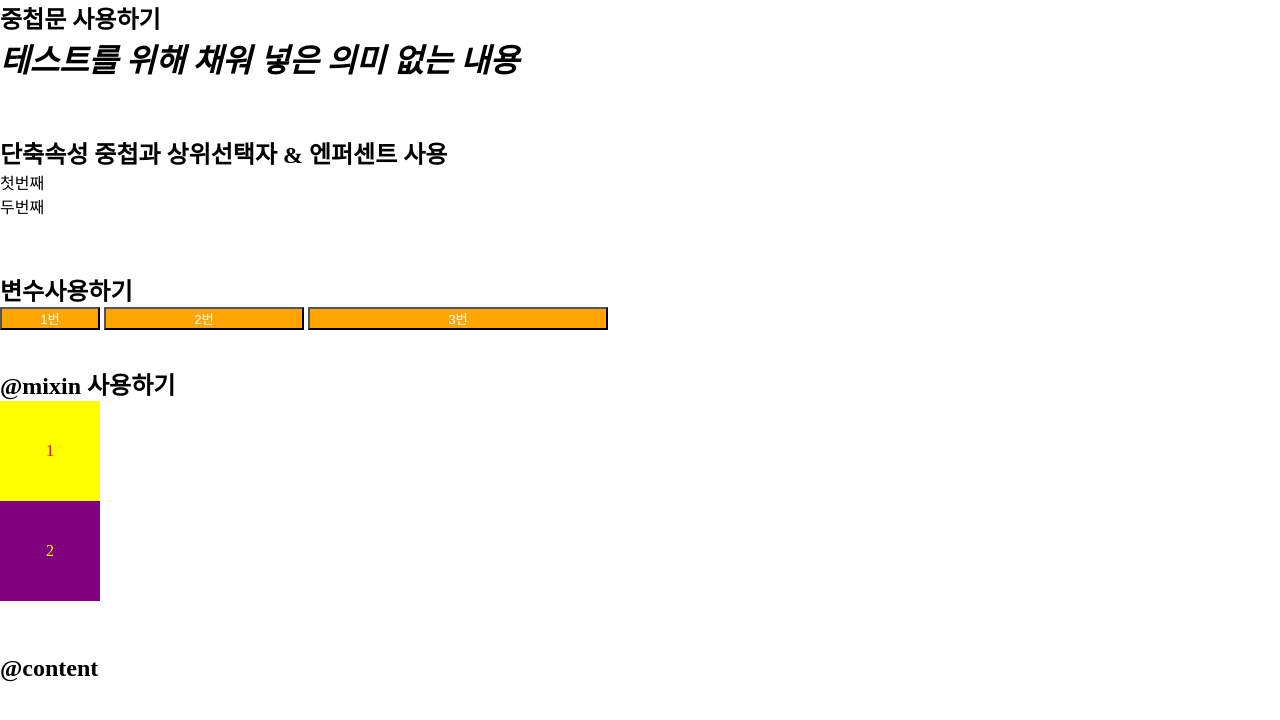
Repository: Axing00/SCSS
Page: test/index.html
These files come from the project's save history. The page is drawn as it stood at one moment and after the next save; the edit follows.
The browser window is 1280 px wide. The pictures show the whole page.
The style sheet was rebuilt from its Sass, Less or Tailwind sources for each picture, by a compiler version that may differ from the author's.

Above is the page before, as saved 2023-03-20 16:10:44.

After the next save:
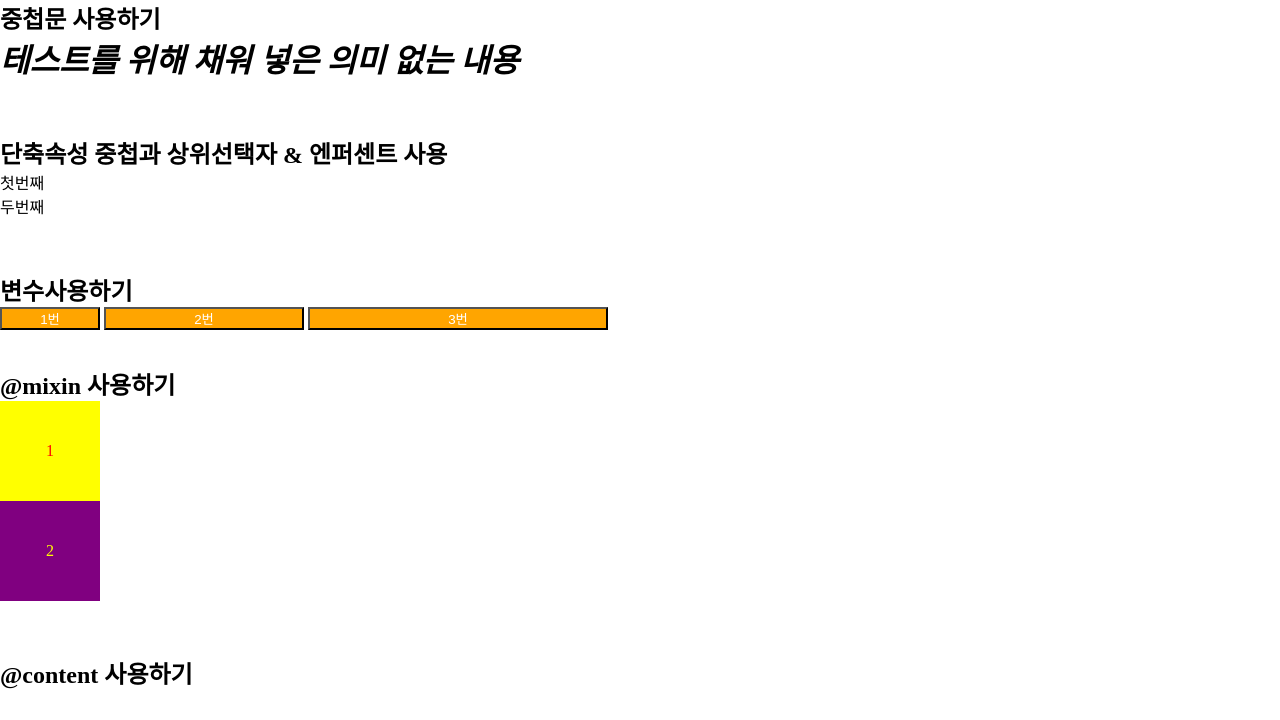
Saved 10 s later.
--- a/test/index.html
+++ b/test/index.html
@@ -42,7 +42,7 @@
 	<br>
 	<br>
 
-	<h2>@content</h2>
+	<h2>@content 사용하기</h2>
 
 
 
